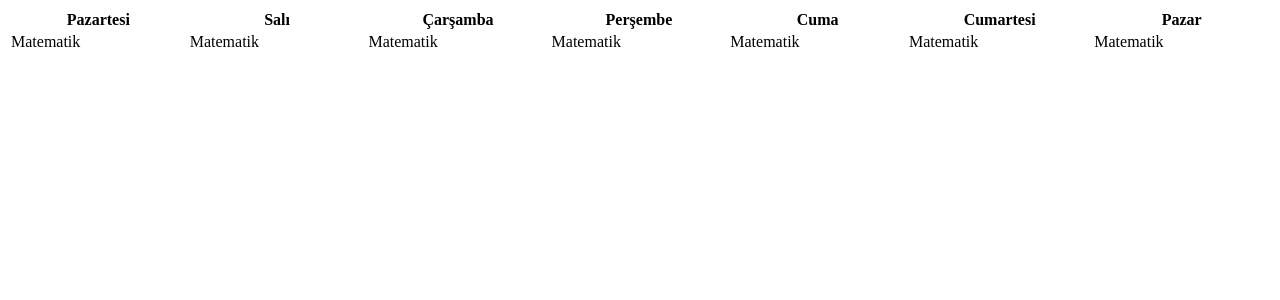
Repository: ahmetbugraozcan/css-ders-programi
Page: deneme.html
The author's editor kept a copy of each file at every save. The page is drawn from the files as they stood at one save, then again after the next save.
The browser window is 1280 px wide. The pictures show the whole page.

Above is the page before, as saved 2021-07-07 13:46:43.

After the next save:
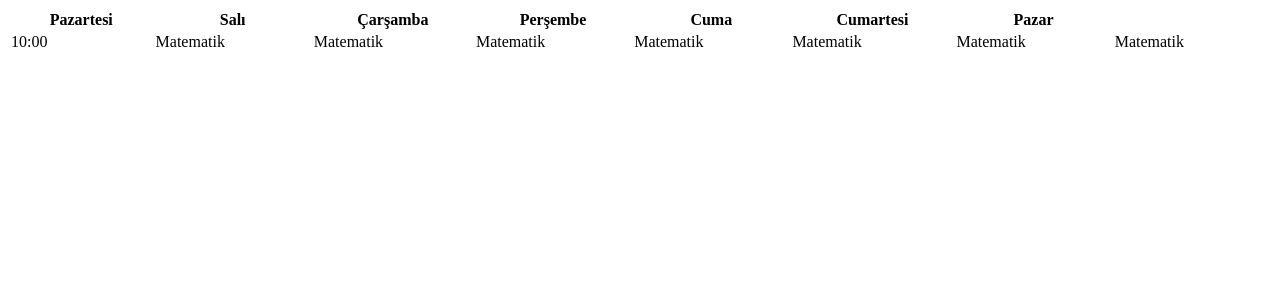
Saved 21 s later.
--- a/deneme.html
+++ b/deneme.html
@@ -12,6 +12,7 @@
             <th>Pazar</th>
         </tr>
         <tr>
+            <td>10:00</td>
             <td>Matematik</td>
             <td>Matematik</td>
             <td>Matematik</td>
